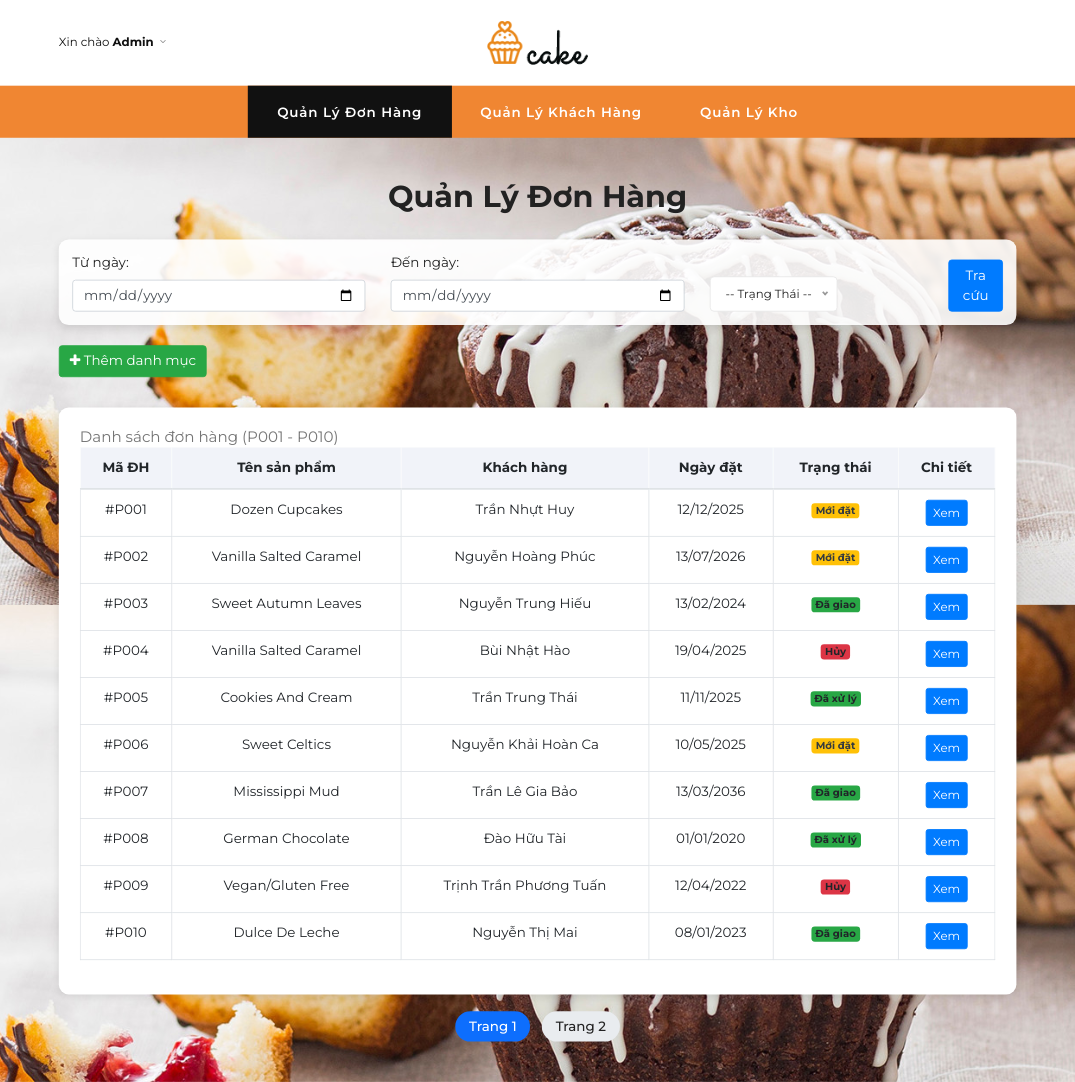
Repository: nhanto2n-byte/Nhom10ChieuThu3
Page: ProjectWeb/cake-main/admin_product.html
These files come from the project's save history. The page is drawn as it stood at one moment and after the next save; the edit follows.
The browser window is 1280 px wide. The pictures show the whole page, at 84% of full size.
Backgrounds fixed to the window are drawn as part of the page.

Above is the page before, as saved 2025-10-28 20:43:36.

### ProjectWeb/cake-main/admin_product.html
<!DOCTYPE html>
<html lang="vi">

<head>
  <meta charset="UTF-8">
  <meta name="viewport" content="width=device-width, initial-scale=1.0">
  <title>Quản lý đơn hàng </title>

  <!-- Google Fonts -->
  <link href="https://fonts.googleapis.com/css2?family=Playfair+Display:wght@400;500;600;700;800;900&display=swap" rel="stylesheet">
  <link href="https://fonts.googleapis.com/css2?family=Montserrat:wght@300;400;500;600;700;800;900&display=swap" rel="stylesheet">

  <!-- CSS -->
  <link rel="stylesheet" href="css/bootstrap.min.css" type="text/css">
    <link rel="stylesheet" href="css/flaticon.css" type="text/css">
    <link rel="stylesheet" href="css/barfiller.css" type="text/css">
    <link rel="stylesheet" href="css/magnific-popup.css" type="text/css">
    <link rel="stylesheet" href="css/font-awesome.min.css" type="text/css">
    <link rel="stylesheet" href="css/elegant-icons.css" type="text/css">
    <link rel="stylesheet" href="css/nice-select.css" type="text/css">
    <link rel="stylesheet" href="css/owl.carousel.min.css" type="text/css">
    <link rel="stylesheet" href="css/slicknav.min.css" type="text/css">
    <link rel="stylesheet" href="css/style.css" type="text/css">

  <style>
  body {
    background: url('img/hero/hero-1.jpg') no-repeat center center fixed;
    background-size: cover;
    font-family: 'Montserrat', sans-serif;
    color: #222;
  }

  h2 {
    font-weight: 700;
    margin-bottom: 30px;
    color: #222;
  }

  .card {
    border: none;
    border-radius: 12px;
    box-shadow: 0 3px 10px rgba(0, 0, 0, 0.1);
    margin-bottom: 20px;
    padding: 25px;
    background-color: rgba(255, 255, 255, 0.9); /* 💡 nền trắng mờ để đọc rõ trên ảnh */
  }

  .table th {
    background-color: #f1f3f9;
  }

  input[name="page"] {
    display: none;
  }

  #page1Content,
  #page2Content {
    display: none;
    animation: fade 0.4s ease;
  }

  #page1:checked~.book #page1Content {
    display: block;
  }

  #page2:checked~.book #page2Content {
    display: block;
  }

  .controls {
    text-align: center;
    margin-top: 15px;
  }

  .controls label {
    display: inline-block;
    background-color: #e9ecef;
    border-radius: 20px;
    padding: 6px 16px;
    margin: 0 5px;
    cursor: pointer;
    transition: all 0.3s;
    font-weight: 500;
  }

  #page1:checked~.controls label[for="page1"],
  #page2:checked~.controls label[for="page2"] {
    background-color: #0d6efd;
    color: white;
  }

  @keyframes fade {
    from { opacity: 0; }
    to { opacity: 1; }
  }

  .btn-add {
    margin-bottom: 20px;
  }
</style>

  </style>
  <style>
        /* ==================================== */
        /* CẤU TRÚC MENU THẢ XUỐNG (DROPDOWN) */
        /* ==================================== */

        /* 1. Thiết lập vị trí tương đối cho mục cha */
        .header__top__left ul li.has-dropdown {
            position: relative;
        }

        /* KHẮC PHỤC LỖI TÔ ĐEN TRÊN LIÊN KẾT CHA */
        .header__top__left ul li.has-dropdown > a:focus,
        .header__top__left ul li.has-dropdown > a:active {
            /* Dùng !important để ghi đè CSS từ file style.css nếu cần */
            outline: none !important;
            -webkit-tap-highlight-color: transparent;
            background-color: transparent !important;
        }

        /* 2. Thiết lập trạng thái mặc định (ẨN) cho dropdown */
        .header__top__left ul li .dropdown {
            display: none;
            position: absolute;
            top: 100%;
            left: 0;
            z-index: 100;

            /* NỀN ĐẬM CHO CHỮ TRẮNG NỔI BẬT */
            background-color: #333; /* Nền xám/đen đậm */
            border: 1px solid #555;
            box-shadow: 0 4px 10px rgba(0, 0, 0, 0.2);
            min-width: 200px;
            padding: 5px 0;
            list-style: none; /* Loại bỏ dấu chấm */
        }

        /* 3. Hiển thị menu khi di chuột vào mục cha */
        .header__top__left ul li.has-dropdown:hover > .dropdown {
            display: block;
        }

        /* 4. Định kiểu cho các mục con trong menu */
        .header__top__left ul li .dropdown li a {
            display: block;
            padding: 10px 15px;
            text-decoration: none;

            /* MÀU CHỮ TRẮNG */
            color: white;

            font-size: 16px;
            white-space: nowrap;
        }

        /* Hiệu ứng di chuột (hover) cho các mục con */
        .header__top__left ul li .dropdown li a:hover {
            background-color: #555; /* Nền xám nhẹ khi hover */
            color: #ffcc00; /* Màu nổi bật khi hover */
        }
    </style>
</head>

<body>
    <!-- Page Preloder -->
    <div id="preloder">
        <div class="loader"></div>
    </div>

    <!-- Offcanvas Menu Begin -->
    <div class="offcanvas-menu-overlay"></div>
    <div class="offcanvas-menu-wrapper">
        <div class="offcanvas__cart">
            <div class="offcanvas__cart__links">
                <a href="#" class="search-switch"><img src="img/icon/search.png" alt=""></a>
                <a href="#"><img src="img/icon/heart.png" alt=""></a>
            </div>
            <div class="offcanvas__cart__item">
                <a href="#"><img src="img/icon/cart.png" alt=""> <span>0</span></a>
                <div class="cart__price">Cart: <span>0đ</span></div>
            </div>
        </div>
        <div class="offcanvas__logo">
            <a href="./index.html"><img src="img/logo.png" alt=""></a>
        </div>
        <div id="mobile-menu-wrap"></div>
    </div>
    <!-- Offcanvas Menu End -->

    <!-- Header Section Begin -->
    <header class="header">
        <div class="header__top">
            <div class="container">
                <div class="row">
                    <div class="col-lg-12">
                        <div class="header__top__inner">
                            <div class="header__top__left">
                                <ul>
                                    <li class="has-dropdown">
                                    <a href="./profile.html">
                                            Xin chào <strong>Admin</strong>
                                            <span class="arrow_carrot-down"></span>
                                    </a>
                                        <ul class="dropdown">
                                            <li><a href="./profile.html">My Profile</a></li>
                                            <li><a href="./register.html">Log out</a></li>
                                        </ul>
                                    </li>
                                </ul>
                            </div>
                            <div class="header__logo">
                                <a href="#"><img src="img/logo.png" alt=""></a>
                            </div>
                            <div class="header__top__right">
                                </div>
                                </div>
                            </div>
                        </div>
                    </div>
                </div>
                <div class="canvas__open"><i class="fa fa-bars"></i></div>
            </div>
        </div>
        <div class="container">
            <div class="row">
                <div class="col-lg-12">
                    <nav class="header__menu mobile-menu">
                        <ul>
                           <li class="active"><a href="./admin_product.html">Quản Lý Đơn Hàng</a></li>
                            <li><a href="./admin_member.html">Quản Lý Khách Hàng</a></li>
                              <li><a href="#">Quản Lý Kho</a>
                                <ul class="dropdown">
                                    <li><a href="./admin_category.html">Quản Lý Danh Mục Sản Phẩm</a></li>
                                    <li><a href="./.html">Quản Lý Nhập Sản Phẩm</a></li>
                                    <li><a href="./admin_selling.html">Quản Lý Giá Bán</a></li>
                                    <li><a href="./admin_quantity.html">Quản Lý Số Lượng Tồn</a></li>
                                    <li><a href="./admin_type.html">Quản Lý Loại Sản Phẩm</a></li>
                                </ul>
                            </li>
                        </ul>
                    </nav>
                </div>
            </div>
        </div>
    </header>
  <div class="container py-5">
    <h2 class="text-center"> Quản Lý Đơn Hàng</h2>

<!-- FORM TRA CỨU ĐƠN HÀNG (chỉ hiển thị giao diện, không hoạt động) -->
<form class="card p-3 mb-4" style="max-width: 100%;">
  <div class="row g-3 align-items-end">
    <div class="col-md-4">
      <label for="fromDate" class="form-label">Từ ngày:</label>
      <input type="date" id="fromDate" name="fromDate" class="form-control">
    </div>

    <div class="col-md-4">
      <label for="toDate" class="form-label">Đến ngày:</label>
      <input type="date" id="toDate" name="toDate" class="form-control">
    </div>

    <div class="col-md-3">
      <label for="status" class="form-label"></label>
      <select id="status" name="status" class="form-select">
        <option value="">-- Trạng Thái  --</option>
        <option value="Mới đặt">Mới đặt</option>
        <option value="Đã xử lý">Đã xử lý</option>
        <option value="Đã giao">Đã giao</option>
        <option value="Hủy">Hủy</option>
      </select>
    </div>

    <div class="col-md-1 text-center">
      <!-- Nút chỉ để hiển thị, không thực hiện hành động gì -->
      <button type="button" class="btn btn-primary w-100">Tra cứu</button>
    </div>
  </div>
</form>

    <!-- Nút thêm -->
    <div class="text-end mb-3">
      <button class="btn btn-success btn-add" data-bs-toggle="modal" data-bs-target="#addModal">
        <i class="fa fa-plus"></i> Thêm danh mục
      </button>
    </div>

    <!-- Radio điều khiển -->
    <input type="radio" name="page" id="page1" checked>
    <input type="radio" name="page" id="page2">

    <div class="book">
      <!-- Trang 1 -->

      <div id="page1Content" class="card bg-white">
        <h5><i class="fa-solid fa-box"></i> Danh sách đơn hàng (P001 - P010)</h5>
        <div class="table-responsive">
          <table class="table table-bordered text-center align-middle">
            <thead class="table-light">
              <tr>
                <th>Mã ĐH</th>
                <th>Tên sản phẩm</th>
                <th>Khách hàng</th>
                <th>Ngày đặt</th>
                <th>Trạng thái</th>
                <th>Chi tiết</th>
              </tr>
            </thead>
            <tbody>
              <tr><td>#P001</td><td>Dozen Cupcakes</td><td>Trần Nhựt Huy</td><td>12/12/2025</td><td><span class="badge bg-warning text-dark">Mới đặt</span></td><td><a href="#" class="btn btn-primary btn-sm">Xem</a></td></tr>
              <tr><td>#P002</td><td>Vanilla Salted Caramel</td><td>Nguyễn Hoàng Phúc</td><td>13/07/2026</td><td><span class="badge bg-warning text-dark">Mới đặt</span></td><td><a href="#" class="btn btn-primary btn-sm">Xem</a></td></tr>
              <tr><td>#P003</td><td>Sweet Autumn Leaves</td><td>Nguyễn Trung Hiếu</td><td>13/02/2024</td><td><span class="badge bg-success">Đã giao</span></td><td><a href="#" class="btn btn-primary btn-sm">Xem</a></td></tr>
              <tr><td>#P004</td><td>Vanilla Salted Caramel</td><td>Bùi Nhật Hào</td><td>19/04/2025</td><td><span class="badge bg-danger">Hủy</span></td><td><a href="#" class="btn btn-primary btn-sm">Xem</a></td></tr>
              <tr><td>#P005</td><td>Cookies And Cream</td><td>Trần Trung Thái</td><td>11/11/2025</td><td><span class="badge bg-success">Đã xử lý</span></td><td><a href="#" class="btn btn-primary btn-sm">Xem</a></td></tr>
              <tr><td>#P006</td><td>Sweet Celtics</td><td>Nguyễn Khải Hoàn Ca</td><td>10/05/2025</td><td><span class="badge bg-warning text-dark">Mới đặt</span></td><td><a href="#" class="btn btn-primary btn-sm">Xem</a></td></tr>
              <tr><td>#P007</td><td>Mississippi Mud</td><td>Trần Lê Gia Bảo</td><td>13/03/2036</td><td><span class="badge bg-success">Đã giao</span></td><td><a href="#" class="btn btn-primary btn-sm">Xem</a></td></tr>
              <tr><td>#P008</td><td>German Chocolate</td><td>Đào Hữu Tài</td><td>01/01/2020</td><td><span class="badge bg-success">Đã xử lý</span></td><td><a href="#" class="btn btn-primary btn-sm">Xem</a></td></tr>
              <tr><td>#P009</td><td>Vegan/Gluten Free</td><td>Trịnh Trần Phương Tuấn</td><td>12/04/2022</td><td><span class="badge bg-danger">Hủy</span></td><td><a href="#" class="btn btn-primary btn-sm">Xem</a></td></tr>
              <tr><td>#P010</td><td>Dulce De Leche</td><td>Nguyễn Thị Mai</td><td>08/01/2023</td><td><span class="badge bg-success">Đã giao</span></td><td><a href="#" class="btn btn-primary btn-sm">Xem</a></td></tr>
            </tbody>
          </table>
        </div>
      </div>

      <!-- Trang 2 -->
      <div id="page2Content" class="card bg-white">
        <h5><i class="fa-solid fa-box-archive"></i> Danh sách đơn hàng (P011 - P020)</h5>
        <div class="table-responsive">
          <table class="table table-bordered text-center align-middle">
            <thead class="table-light">
              <tr>
                <th>Mã ĐH</th>
                <th>Tên sản phẩm</th>
                <th>Khách hàng</th>
                <th>Ngày đặt</th>
                <th>Trạng thái</th>
                <th>Chi tiết</th>
              </tr>
            </thead>
            <tbody>
              <tr><td>#P011</td><td>Vanilla Salted Caramel</td><td>Trần Nhựt Huy</td><td>12/12/2025</td><td><span class="badge bg-warning text-dark">Mới đặt</span></td><td><a href="#" class="btn btn-primary btn-sm">Xem</a></td></tr>
              <tr><td>#P012</td><td>Sweet Celtics</td><td>Nguyễn Hoàng Phúc</td><td>13/07/2026</td><td><span class="badge bg-warning text-dark">Mới đặt</span></td><td><a href="#" class="btn btn-primary btn-sm">Xem</a></td></tr>
              <tr><td>#P013</td><td>Dulce De Leche</td><td>Nguyễn Trung Hiếu</td><td>13/02/2024</td><td><span class="badge bg-success">Đã giao</span></td><td><a href="#" class="btn btn-primary btn-sm">Xem</a></td></tr>
              <tr><td>#P014</td><td>Cookies And Cream</td><td>Bùi Nhật Hào</td><td>19/04/2025</td><td><span class="badge bg-danger">Hủy</span></td><td><a href="#" class="btn btn-primary btn-sm">Xem</a></td></tr>
              <tr><td>#P015</td><td>Dozen Cupcakes</td><td>Trần Trung Thái</td><td>11/11/2025</td><td><span class="badge bg-success">Đã xử lý</span></td><td><a href="#" class="btn btn-primary btn-sm">Xem</a></td></tr>
              <tr><td>#P016</td><td>German Chocolate</td><td>Nguyễn Khải Hoàn Ca</td><td>10/05/2025</td><td><span class="badge bg-warning text-dark">Mới đặt</span></td><td><a href="#" class="btn btn-primary btn-sm">Xem</a></td></tr>
              <tr><td>#P017</td><td>Vanilla Salted Caramel</td><td>Trần Lê Gia Bảo</td><td>13/03/2036</td><td><span class="badge bg-success">Đã giao</span></td><td><a href="#" class="btn btn-primary btn-sm">Xem</a></td></tr>
              <tr><td>#P018</td><td>Cookie Dough</td><td>Đào Hữu Tài</td><td>01/01/2020</td><td><span class="badge bg-success">Đã xử lý</span></td><td><a href="#" class="btn btn-primary btn-sm">Xem</a></td></tr>
              <tr><td>#P019</td><td>Dulce De Leche</td><td>Trịnh Trần Phương Tuấn</td><td>12/04/2022</td><td><span class="badge bg-danger">Hủy</span></td><td><a href="#" class="btn btn-primary btn-sm">Xem</a></td></tr>
              <tr><td>#P020</td><td>Sweet Autumn Leaves</td><td>Nguyễn Thị Mai</td><td>08/01/2023</td><td><span class="badge bg-success">Đã giao</span></td><td><a href="#" class="btn btn-primary btn-sm">Xem</a></td></tr>
            </tbody>
          </table>
        </div>
      </div>
    </div>

    <!-- Nút chuyển trang -->
    <div class="controls">
      <label for="page1">Trang 1</label>
      <label for="page2">Trang 2</label>
    </div>
  </div>
<!-- Js Plugins -->
<script src="js/jquery-3.3.1.min.js"></script>
<script src="js/bootstrap.min.js"></script>
<script src="js/jquery.nice-select.min.js"></script>
<script src="js/jquery.barfiller.js"></script>
<script src="js/jquery.magnific-popup.min.js"></script>
<script src="js/jquery.slicknav.js"></script>
<script src="js/owl.carousel.min.js"></script>
<script src="js/jquery.nicescroll.min.js"></script>
<script src="js/main.js"></script>
</body>
</html>

### ProjectWeb/cake-main/css/barfiller.css
.barfiller {
    width:100%;
    height:12px;
    background:#fcfcfc;
    border:1px solid #ccc;
    position:relative;
    margin-bottom:20px;
    box-shadow: inset 1px 4px 9px -6px rgba(0,0,0,.5);
    -moz-box-shadow: inset 1px 4px 9px -6px rgba(0,0,0,.5);
}

.barfiller .fill {
    display:block;
    position:relative;
    width:0px;
    height:100%;
    background:#333;
    z-index:1;
}

.barfiller .tipWrap {
    display:none;
}

.barfiller .tip {
    margin-top:-30px;
    padding:2px 4px;
    font-size:11px;
    color:#fff;
    left:0px;
    position:absolute;
    z-index:2;
    background: #333;
}

.barfiller .tip:after {
    border:solid;
    border-color:rgba(0,0,0,.8) transparent;
    border-width:6px 6px 0 6px;
    content:"";
    display:block;
    position:absolute;
    left:9px;
    top:100%;
    z-index:9
}

Loaded but not shown: ProjectWeb/cake-main/css/bootstrap.min.css (library); ProjectWeb/cake-main/css/flaticon.css (common file); ProjectWeb/cake-main/css/magnific-popup.css (library); ProjectWeb/cake-main/css/font-awesome.min.css (library); ProjectWeb/cake-main/css/nice-select.css (common file); ProjectWeb/cake-main/css/owl.carousel.min.css (library); ProjectWeb/cake-main/css/slicknav.min.css (common file); ProjectWeb/cake-main/js/jquery-3.3.1.min.js (library); ProjectWeb/cake-main/js/bootstrap.min.js (library); ProjectWeb/cake-main/js/jquery.nice-select.min.js (common file); ProjectWeb/cake-main/js/jquery.barfiller.js (library); ProjectWeb/cake-main/js/jquery.magnific-popup.min.js (library); ProjectWeb/cake-main/js/jquery.slicknav.js (library); ProjectWeb/cake-main/js/owl.carousel.min.js (library); ProjectWeb/cake-main/js/jquery.nicescroll.min.js (library); ProjectWeb/cake-main/js/main.js (235 lines, source omitted); ProjectWeb/cake-main/css/style.css (4080 lines, source omitted); ProjectWeb/cake-main/css/elegant-icons.css (1157 lines, source omitted)

After the next save:
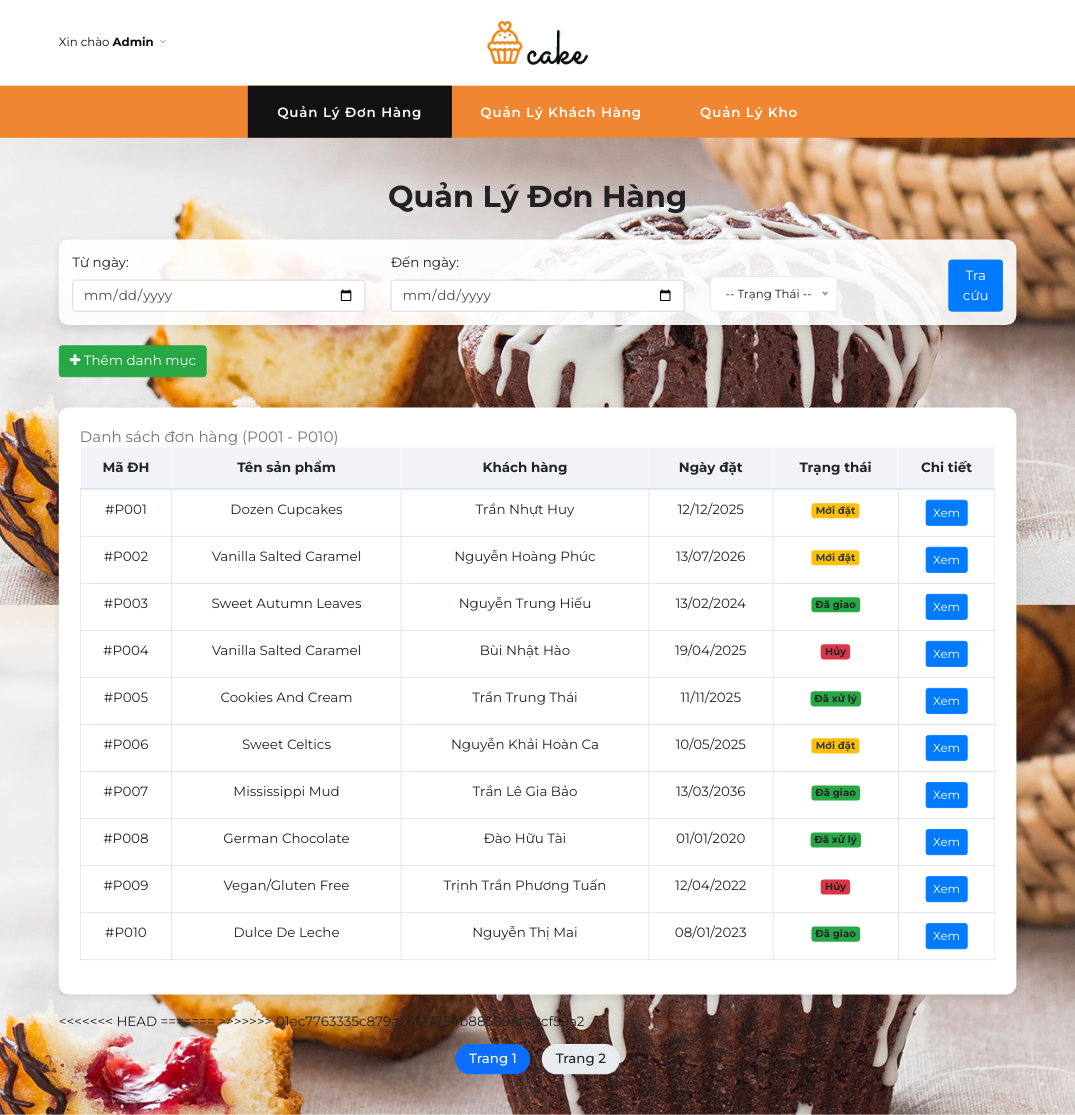
Saved 56 s later.
--- a/ProjectWeb/cake-main/admin_product.html
+++ b/ProjectWeb/cake-main/admin_product.html
@@ -198,13 +198,13 @@
                             <div class="header__top__left">
                                 <ul>
                                     <li class="has-dropdown">
-                                    <a href="./profile.html">
+
                                             Xin chào <strong>Admin</strong>
                                             <span class="arrow_carrot-down"></span>
                                     </a>
                                         <ul class="dropdown">
-                                            <li><a href="./profile.html">My Profile</a></li>
-                                            <li><a href="./register.html">Log out</a></li>
+
+                                            <li><a href="./admin_login.html">Log out</a></li>
                                         </ul>
                                     </li>
                                 </ul>
@@ -246,7 +246,6 @@
     </header>
   <div class="container py-5">
     <h2 class="text-center"> Quản Lý Đơn Hàng</h2>
-
 <!-- FORM TRA CỨU ĐƠN HÀNG (chỉ hiển thị giao diện, không hoạt động) -->
 <form class="card p-3 mb-4" style="max-width: 100%;">
   <div class="row g-3 align-items-end">
@@ -354,6 +353,10 @@
       </div>
     </div>
 
+<<<<<<< HEAD
+=======
+
+>>>>>>> 01ec7763335c879a26f27754b885094f09cf59a2
     <!-- Nút chuyển trang -->
     <div class="controls">
       <label for="page1">Trang 1</label>
